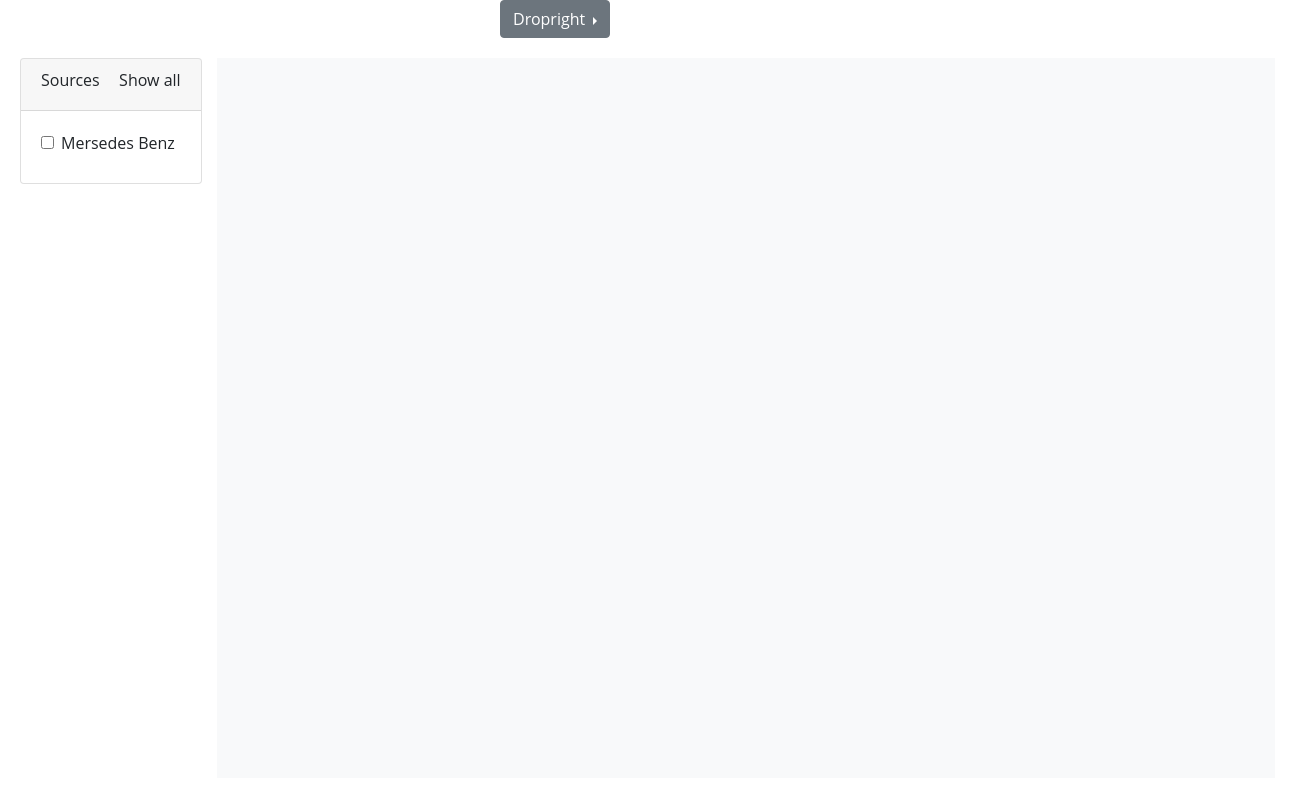
Repository: tts2610/GoogleNews
Page: index.html
The author's editor kept a copy of each file at every save. The page is drawn from the files as they stood at one save, then again after the next save.
The browser window is 1280 px wide. The page is 1295 px wide, so the pictures cover 1295 px, including what lies to the right of the window. The pictures show the whole page.
The page's requests for data from a server got no answer. Some web libraries are served in a nearby version.

Above is the page before, as saved 2020-05-21 01:21:13.

### index.html
<!DOCTYPE html>
<html lang="en">

<head>
    <meta charset="UTF-8">
    <meta name="viewport" content="width=device-width, initial-scale=1.0">
    <title>Document</title>
    <link rel="stylesheet" href="https://maxcdn.bootstrapcdn.com/bootstrap/4.4.1/css/bootstrap.min.css">

    <!-- jQuery library -->
    <script src="https://ajax.googleapis.com/ajax/libs/jquery/3.5.1/jquery.min.js"></script>

    <!-- Popper JS -->
    <script src="https://cdnjs.cloudflare.com/ajax/libs/popper.js/1.16.0/umd/popper.min.js"></script>

    <!-- Latest compiled JavaScript -->
    <script src="https://maxcdn.bootstrapcdn.com/bootstrap/4.4.1/js/bootstrap.min.js"></script>
    <link rel="stylesheet" href="css/style.css">

    <link href="https://unpkg.com/aos@2.3.1/dist/aos.css" rel="stylesheet">

    <link rel="stylesheet" href="https://cdnjs.cloudflare.com/ajax/libs/animate.css/4.0.0/animate.min.css" />
    <script src="js/moment.js"></script>
</head>

<body>
    <div class="myContainer">
        <div class="btn-group dropright">
            <button type="button" class="btn btn-secondary dropdown-toggle" data-toggle="dropdown" aria-haspopup="true" aria-expanded="false">
              Dropright
            </button>
            <div class="dropdown-menu">
                <!-- Dropdown menu links -->
            </div>
        </div>
        <div class="row">
            <div class="col-2 sidenav">
                <div class="card">
                    <article class="card-group-item">
                        <header class="card-header">
                            <h6 class="title">Sources<span style="float: right; cursor: pointer;" onclick="showAll(1)">Show all</span></h6>
                        </header>
                        <div class="filter-content">
                            <div class="card-body">
                                <form id="sideNav">
                                    <label class="form-check">
                                        <input class="form-check-input" type="checkbox" value="">
                                        <span class="form-check-label">
                                            Mersedes Benz
                                        </span>
                                    </label>
                                </form>

                            </div>
                            <!-- card-body.// -->
                        </div>
                    </article>
                    <!-- card-group-item.// -->

                    <!-- card-group-item.// -->
                </div>

            </div>
            <div class="col-10 content" id="myContent">

            </div>
        </div>



    </div>

    <script src="js/script.js"></script>
    <script src="https://unpkg.com/aos@2.3.1/dist/aos.js"></script>
    <script>
        AOS.init();
    </script>
</body>

</html>

### css/style.css
body {
    margin: 0;
    font-family: 'Open Sans', sans-serif;
}

.myContainer {
    /* display: flex;
    justify-content: start; */
}

.sidenav {
    min-height: 100vh;
    width: 250px;
    float: left;
    position: relative;
}

#sideNav {
    overflow-y: scroll;
}

.content {
    height: 100vh;
    width: calc(100% - 200px);
    float: right;
    position: relative;
    background-color: #f8f9fa;
    overflow-y: scroll;
}

.blog-entry-left {
    text-align: left;
    padding: 10px;
    width: 70%;
}

.blog-entry {
    padding: 10px;
}

.row {
    padding: 20px;
}

#container-row {
    display: flex;
    justify-content: flex-end;
}

button {
    margin-left: 500px;
}

### js/script.js
let newsList = [];
const apiKey = "2dc86bcdc7184b17b45b74b30858f75a"
let page = 1;
let pageSize = 6;
let categoryList = [];
let q = "apple";

const loadNews = async(page) => {
    let sources = [];
    $("input:checkbox:checked").each(function() {
        sources.push($(this).val());
    });
    let url;
    if (!sources.length) {
        $("#currentNews").remove();
        url = `https://newsapi.org/v2/top-headlines?q=${q}&apiKey=${apiKey}&page=${page}&pageSize=${pageSize}`;

    } else {
        $("#myContent").empty();
        let sourceStr = sources.join(",");
        url = `https://newsapi.org/v2/top-headlines?q=${q}&page=${page}&pageSize=${pageSize}&sources=${sourceStr}&apiKey=${apiKey}`
    }



    let data = await fetch(url);
    let result = await data.json();
    $("#myContent").append(render(result));
    if (!sources.length)
        $('#myContent').append(`<button onclick="loadMoreFunction()" id="loadMoreBtn" type="button" class="btn btn-success my-4">Load more</button>`);
    $('#myContent').append(`<div id="currentNews" style="text-align:right;">Shown : ${result.articles.length} news</div>`);
}

function showAll() {
    $("input:checkbox:checked").each(function() {
        $(this).prop("checked", false);
    });
    loadNews(1);
}

$(document).ready(function() {
    countCategory();
    loadNews(page);

});

async function countCategory() {
    let filterUrl = `https://newsapi.org/v2/top-headlines?q=${q}&apiKey=${apiKey}`;
    let filterData = await fetch(filterUrl);
    let result = await filterData.json();
    result.articles.forEach((x, i) => {
        addToDictionary(x.source);
    });
    reloadFilter();
}


function loadMoreFunction() {
    page++;
    $("#loadMoreBtn").remove();
    $("#currentNews").remove();
    loadNews(page);
}

function reloadFilter() {
    $("#sideNav").empty();
    categoryList.forEach(element => {

        let html = `<label class="form-check">
        <input onchange="loadNews(1);" class="form-check-input" type="checkbox" id="${element.id}" value="${element.id}">
        <span class="form-check-label">
            ${element.category}(${element.count})
        </span>`;
        $("#sideNav").append(html);
    });
}

function addToDictionary(x) {
    let flag;
    for (let i = 0; i < categoryList.length; i++) {
        if (categoryList[i].id == x.id) {
            categoryList[i].count++;
            flag = true;
        }
    }
    if (!flag)
        categoryList.push({ id: x.id, category: x.name, count: 1 })
}

function render(result) {
    let innerHtml = result.articles.map(x => {
        return `<div class="row">
        <div class="news-img"><img class="rounded" src="${x.urlToImage}" width="200" height="200"></div>
        <div class="blog-entry-left">
            <div class="text">
                <h3 class="mb-2"><a href="single.html">${x.title}</a></h3>
                <div class="meta-wrap">
                    <p class="meta">
                        <span><i class="icon-calendar mr-2"></i>${moment(x.publishedAt).fromNow()}</span>
                        <span><a href="single.html"><i class="icon-folder-o mr-2"></i>${x.source.name}</a></span>
                        <span><i class="icon-comment2 mr-2"></i>5 Comment</span>
                    </p>
                </div>
                <p class="mb-4">${x.description}</p>
                <p><a href="#" class="btn-custom">Read More <span class="ion-ios-arrow-forward"></span></a></p>
            </div>
        </div>

    </div>`
    }).join('');
    return innerHtml;
}

Loaded but not shown: js/moment.js (library)

After the next save:
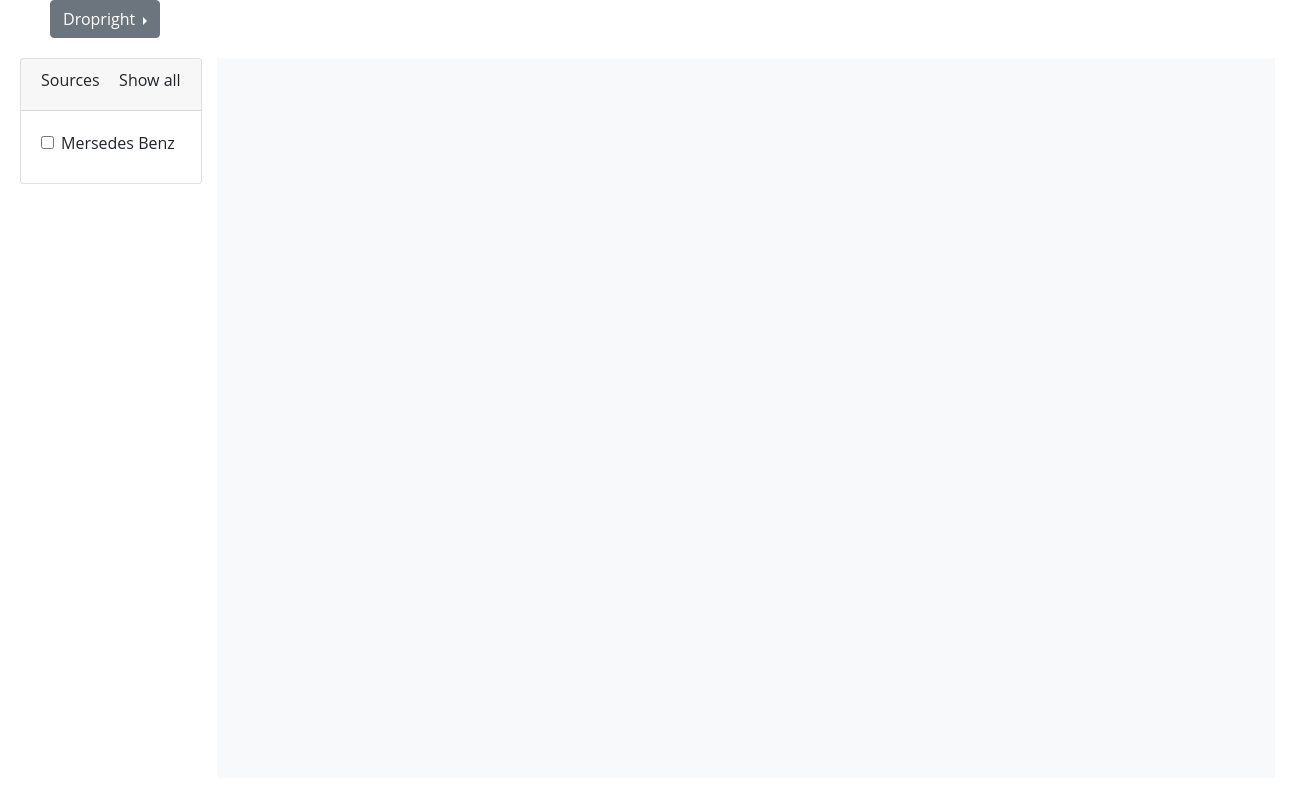
Saved 87 s later.
--- a/index.html
+++ b/index.html
@@ -25,7 +25,7 @@
 
 <body>
     <div class="myContainer">
-        <div class="btn-group dropright">
+        <div class="btn-group dropright" style="margin-left: -450px;">
             <button type="button" class="btn btn-secondary dropdown-toggle" data-toggle="dropdown" aria-haspopup="true" aria-expanded="false">
               Dropright
             </button>
